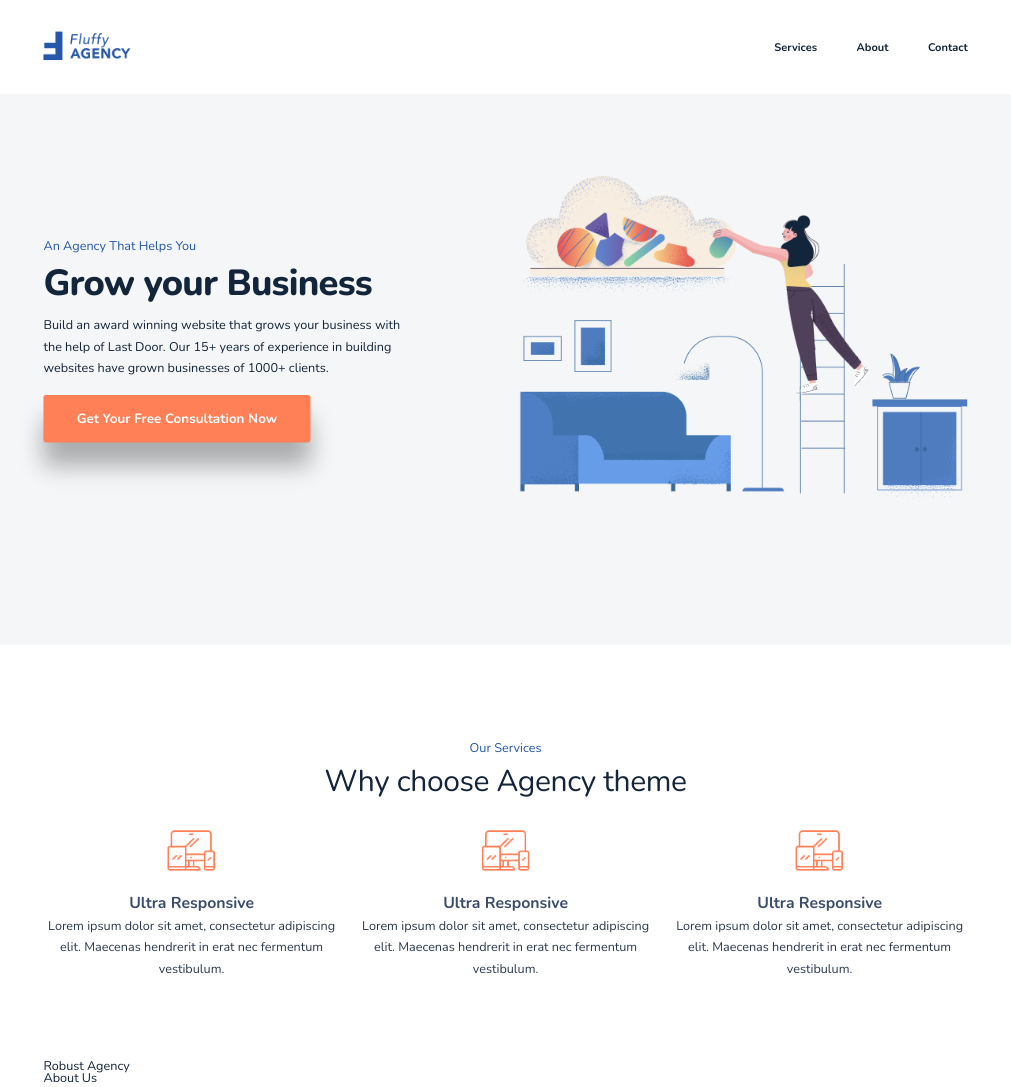
Repository: pixendrit/beetroot-fe-g1
Page: classwork/11 - Creating forms/fluffy-agency/index.html
These files come from the project's save history. The page is drawn as it stood at one moment and after the next save; the edit follows.
The browser window is 1280 px wide. The pictures show the whole page, at 79% of full size.

Above is the page before, as saved 2021-02-06 12:23:42.

### classwork/11 - Creating forms/fluffy-agency/index.html
<!DOCTYPE html>
<html lang="en">

<head>
  <meta charset="UTF-8">
  <meta http-equiv="X-UA-Compatible" content="IE=edge">
  <meta name="viewport" content="width=device-width, initial-scale=1.0">
  <link rel="preconnect" href="https://fonts.gstatic.com">
  <link href="https://fonts.googleapis.com/css2?family=Nunito:ital,wght@0,300;0,400;0,600;0,700;0,800;1,300;1,400;1,600;1,700;1,800&display=swap" rel="stylesheet">
  <link rel="stylesheet" href="./styles/style.css">
  <title>Fluffy Agency</title>
</head>

<body>
  <header class="main-header">
    <div class="container">
      <div class="flex-container">
        <a href="index.html" class="logo"><img src="./images/logo.png" alt="fluffy"></a>
        <nav class="main-nav">
          <ul>
            <li><a href="#">Services</a></li>
            <li><a href="#">About</a></li>
            <li><a href="#">Contact</a></li>
          </ul>
        </nav>
      </div>
    </div>
  </header>
  <main class="main-content">
    <section class="hero">
      <div class="container">
        <div class="flex-container">
          <div class="hero__text">
            <span>An Agency That Helps You</span>
            <h1>Grow your Business</h1>
            <p>Build an award winning website that grows your business with the help of Last Door. Our 15+ years of experience in building websites have grown businesses of 1000+
              clients.</p>
            <a href="#" class="btn">Get Your Free Consultation Now</a>
          </div>
          <div class="hero__image"><img src="./images/uploading-illustration.png" alt="uploading-illustration"></div>
        </div>
      </div>
    </section>
    <section class="services full-block">
      <div class="container">
        <div class="services__headline">
          <span>Our Services</span>
          <h2>Why choose Agency theme</h2>
        </div>
        <div class="flex-container">
          <div class="service-box">
            <div class="service-box__icon">
              <img src="./images/icon-ultra-responsive.png" alt="icon-ultra-responsive">
            </div>
            <div class="service-box__content">
              <h4>Ultra Responsive</h4>
              <p>Lorem ipsum dolor sit amet, consectetur adipiscing elit. Maecenas hendrerit in erat nec fermentum vestibulum.</p>
            </div>
          </div>
          <div class="service-box">
            <div class="service-box__icon">
              <img src="./images/icon-ultra-responsive.png" alt="icon-ultra-responsive">
            </div>
            <div class="service-box__content">
              <h4>Ultra Responsive</h4>
              <p>Lorem ipsum dolor sit amet, consectetur adipiscing elit. Maecenas hendrerit in erat nec fermentum vestibulum.</p>
            </div>
          </div>
          <div class="service-box">
            <div class="service-box__icon">
              <img src="./images/icon-ultra-responsive.png" alt="icon-ultra-responsive">
            </div>
            <div class="service-box__content">
              <h4>Ultra Responsive</h4>
              <p>Lorem ipsum dolor sit amet, consectetur adipiscing elit. Maecenas hendrerit in erat nec fermentum vestibulum.</p>
            </div>
          </div>
        </div>
      </div>
    </section>
    <section class="aboutus">
      <div class="container">
        <div class="aboutus__text">
          <div class="abouts__heading">
            <span>Robust Agency</span>
            <h2>About Us</h2>
          </div>
        </div>
        <div class="aboutus__relax"></div>
      </div>
    </section>
  </main>
  <footer class="main-footer"></footer>
</body>

</html>

### classwork/11 - Creating forms/fluffy-agency/styles/style.css
html, body, div, span, applet, object, iframe,
h1, h2, h3, h4, h5, h6, p, blockquote, pre,
a, abbr, acronym, address, big, cite, code,
del, dfn, em, img, ins, kbd, q, s, samp,
small, strike, strong, sub, sup, tt, var,
b, u, i, center,
dl, dt, dd, ol, ul, li,
fieldset, form, label, legend,
table, caption, tbody, tfoot, thead, tr, th, td,
article, aside, canvas, details, embed,
figure, figcaption, footer, header, hgroup,
menu, nav, output, ruby, section, summary,
time, mark, audio, video {
	margin: 0;
	padding: 0;
	border: 0;
	font-size: 100%;
	font: inherit;
	vertical-align: baseline;
}
/* HTML5 display-role reset for older browsers */
article, aside, details, figcaption, figure,
footer, header, hgroup, menu, nav, section {
	display: block;
}
body {
	line-height: 1;
}
ol, ul {
	list-style: none;
}
blockquote, q {
	quotes: none;
}
blockquote:before, blockquote:after,
q:before, q:after {
	content: '';
	content: none;
}
table {
	border-collapse: collapse;
	border-spacing: 0;
}
*,*:before,*:after {
  box-sizing: border-box;
}
/* ============================================ */

body {
 font-family: 'Nunito', sans-serif;
 color: #13253A;
 font-size: 16px;
}
.container {
  max-width: 1170px;
  width: 100%;
  margin: 0 auto;
}
.full-block {
  float: left;
  width: 100%;
}

/* HEADER */
.main-header {
  float: left;
  width: 100%;
  padding-top:40px;
  padding-bottom:40px;
}
.main-header .flex-container {
  width: 100%;
  display: flex;
  align-items: center;
  justify-content: space-between;
}
.main-nav li {
  margin-right:50px;
}
.main-nav li:last-child {
  margin-right: 0;
}
.main-nav a {
  text-decoration: none;
  font-size: 14px;
  font-weight: 700;
  color: #13253A;
}
.main-nav a:hover {
  color: #FF7F57;
}
.main-nav ul {
  display: inline-flex;
}
/* END HEADER */
/* HERO BANNER */
.hero {
  float: left;
  width: 100%;
  background: #F4F6F7;
  padding-top: 103px;
  padding-bottom: 178px;
}
.hero .flex-container {
  display: flex;
  justify-content: space-between;
  align-items: center;
}
.hero__image {
  flex-shrink: 0;
  flex-grow: 0;
}
.hero__text {
  padding-right:130px;
}
.hero span {
  float: left;
  width: 100%;
  font-size: 16px;
  line-height: 1.4em;
  color: #2557AB;
  margin-bottom: 5px;
}
.hero h1 {
  font-size: 46px;
  line-height: 1.33em;
  letter-spacing: -1px;
  color: #13253A;
  font-weight: 800;
  margin-bottom: 10px;
}
.hero p{
  font-size: 16px;
  line-height: 169%;
  color: #13253A;
  margin-bottom: 20px;
}
.hero .btn {
  background: #FF7F57;
  box-shadow: 0px 30px 30px rgba(0, 0, 0, 0.3);
  border-radius: 3px;
  height: 60px;
  display: flex;
  align-items: center;
  justify-content: center;
  float: left;
  text-decoration: none;
  color: white;
  font-weight: 700;
  font-size: 17px;
  padding-left: 42px;
  padding-right: 42px;
}
/* END HERO BANNER */
/* SERVICES */
.services {
  padding-top: 120px;
  padding-bottom: 100px;
}
.services .flex-container {
  width: 100%;
  display: flex;
  justify-content: space-between;
}
.services__headline {
  float: left;
  width: 100%;
  text-align: center;
  margin-bottom: 30px;
}
.services__headline span {
  float: left;
  width: 100%;
  font-weight: 500;
  font-size: 16px;
  line-height: 1.4em;
  color: #2557AB;
  margin-bottom: 5px;
}
.services__headline h2 {
  font-size: 38px;
  line-height: 52px;
  text-align: center;
  letter-spacing: -0.5px;
  color: #13253A;
}
.service-box {
  width: calc(33.333333% - 15px);
  display: flex;
  justify-content: center;
  flex-wrap: wrap;
  text-align: center;
}
.service-box__icon {
  margin-bottom: 20px;
}
.service-box h4 {
  font-weight: bold;
  font-size: 20px;
  line-height: 1.1em;
  text-align: center;
  margin-bottom: 5px;
  color: #3B4D6C;
}
.service-box p {
  font-size: 16px;
  line-height: 169%;
  color: #13253A;
  opacity: 0.9;
}
/* END SERVICES */

After the next save:
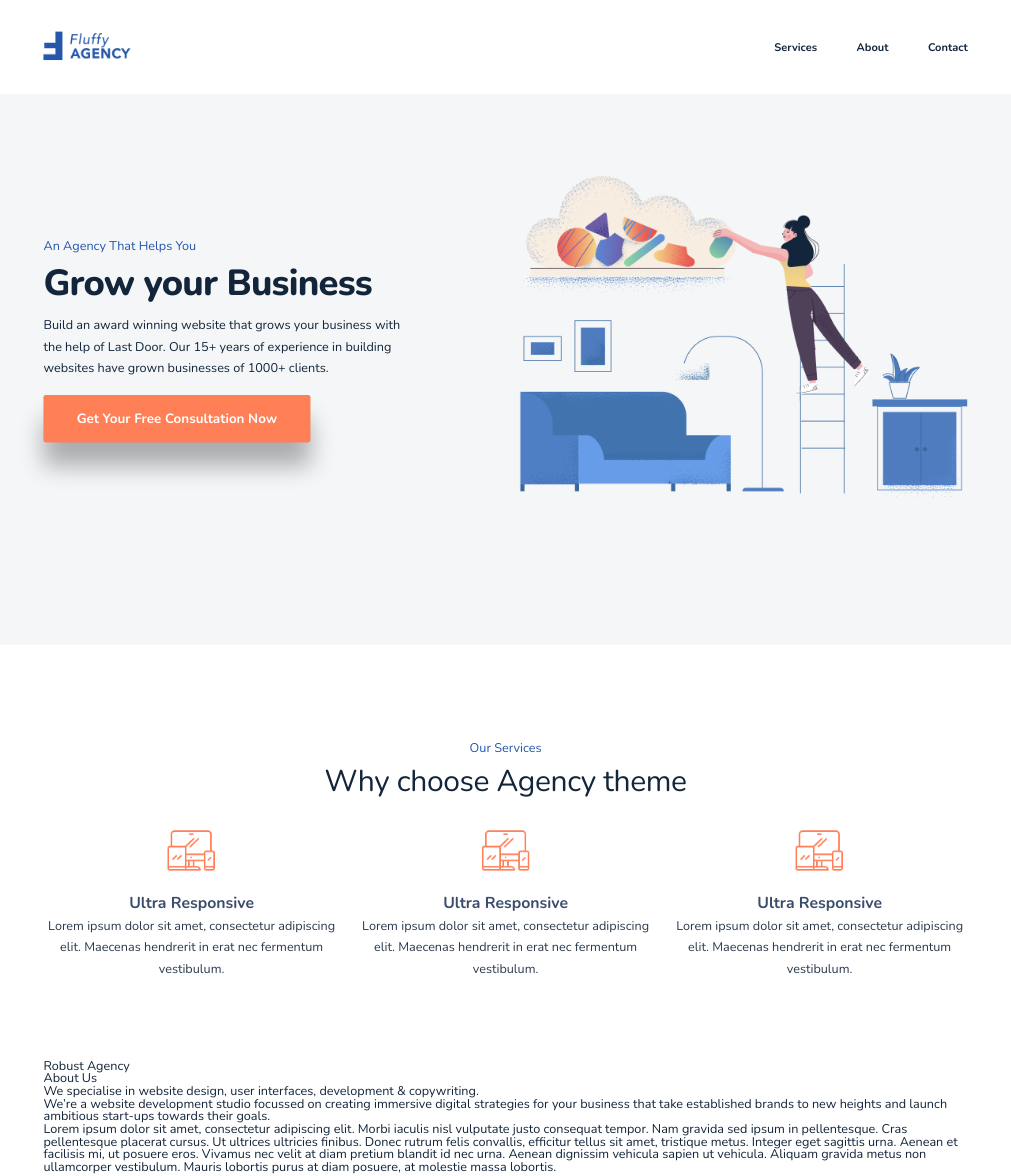
Saved 109 s later.
--- a/classwork/11 - Creating forms/fluffy-agency/index.html
+++ b/classwork/11 - Creating forms/fluffy-agency/index.html
@@ -85,6 +85,18 @@
             <span>Robust Agency</span>
             <h2>About Us</h2>
           </div>
+          <div class="aboutus__left">
+            <h5>We specialise in website design, user interfaces, development & copywriting.</h5>
+            <p>We’re a website development studio focussed on creating immersive digital strategies for your business that take established brands to new heights and launch ambitious start-ups
+            towards their goals.</p>
+          </div>
+          <div class="aboutus__right">
+            Lorem ipsum dolor sit amet, consectetur adipiscing elit. Morbi iaculis nisl vulputate justo consequat tempor. Nam gravida sed ipsum in pellentesque. Cras pellentesque placerat
+            cursus. Ut ultrices ultricies finibus. Donec rutrum felis convallis, efficitur tellus sit amet, tristique metus. Integer eget sagittis urna.
+
+            Aenean et facilisis mi, ut posuere eros. Vivamus nec velit at diam pretium blandit id nec urna. Aenean dignissim vehicula sapien ut vehicula. Aliquam gravida metus non ullamcorper
+            vestibulum. Mauris lobortis purus at diam posuere, at molestie massa lobortis.
+          </div>
         </div>
         <div class="aboutus__relax"></div>
       </div>
